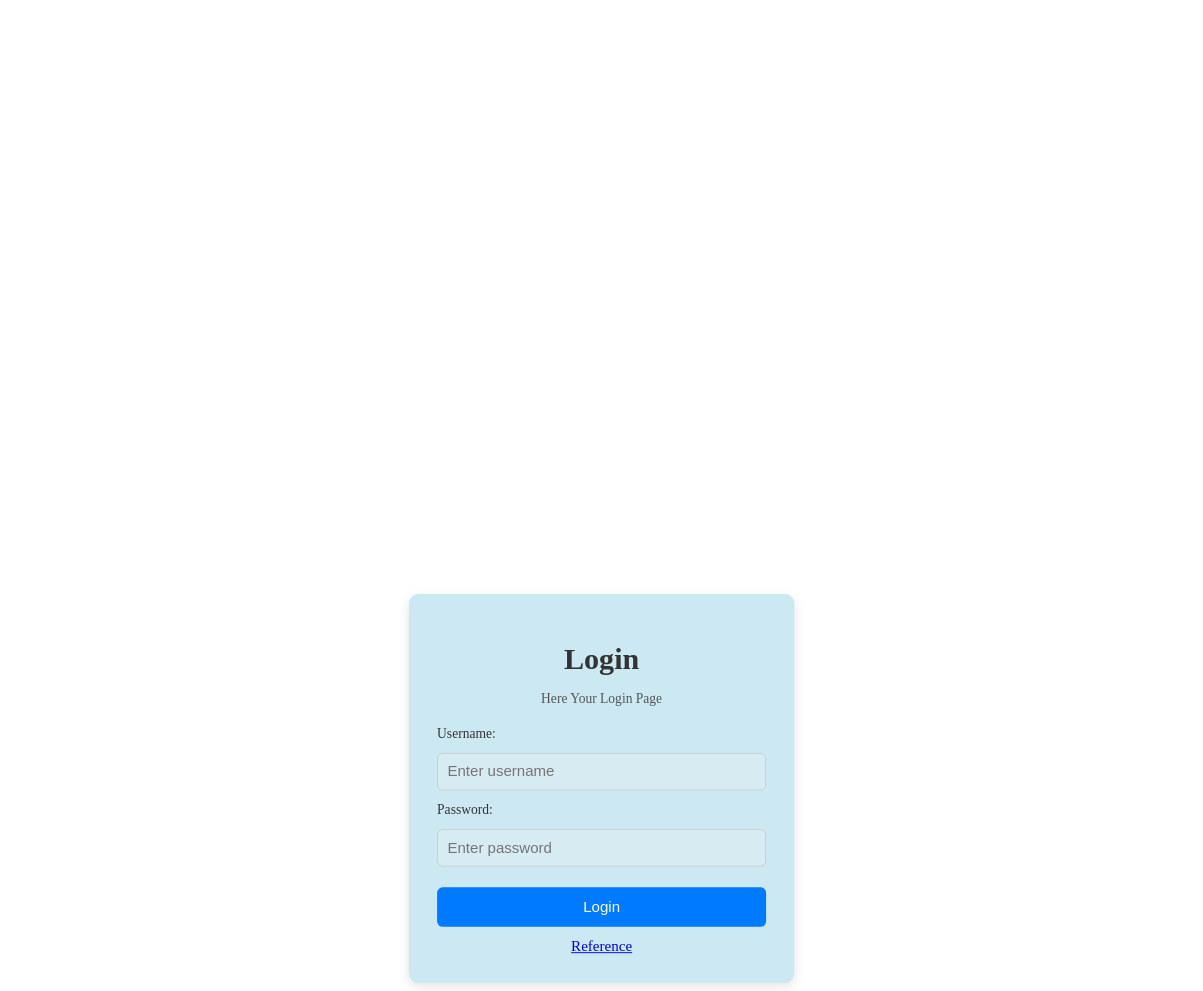
Repository: AdityaTech-Pro/FullStackWithBridgelabz
Page: login form/index.html
The author's editor kept a copy of each file at every save. The page is drawn from the files as they stood at one save, then again after a run of saves.
The browser window is 1280 px wide. The pictures show the whole page, at 94% of full size.

Above is the page before, as saved 2025-11-17 09:45:24.
Console error: ReferenceError: inputUsername is not defined

### login form/index.html
<!DOCTYPE html>
<html lang="en">

<head>
    <meta charset="UTF-8" />
    <meta name="viewport" content="width=device-width, initial-scale=1.0" />
    <title>Login Page</title>
    <link rel="stylesheet" href="./style.css" />
</head>

<body>
    <main class="login-container">
        <h1>Login</h1>
        <p>Here Your Login Page</p>


        <div class="login-box">
            <label>Username:</label>
            <input type="text" placeholder="Enter username" disabled>


            <label>Password:</label>
            <input type="password" placeholder="Enter password" disabled>


            <button accesskey="index.html">Login</button>
            <div id="referenceBox" class="hidden">
                <a href="#" class="ref-link">Reference</a>
            </div>
        </div>
    </main>


    <script src="script.js"></script>
</body>

</html>

### login form/style.css

   //LOGIN PAGE - STYLED WITH STANDARD MODERN COLORS

body {
  /* margin: 50%; */
  /* padding: 50%; */
  font-family: Arial, Helvetica, sans-serif;
  background: #181a1bff; /* Light grey's black background */
  /* display: flex;
  justify-content: center;
  align-items: center; */
  height: 100vh;
}

.login-container {
  background: #cce9f3ff; /* White card background */
  padding: 30px;
  border-radius: 10px;
  width: 350px;
  box-shadow: 0 4px 12px rgba(0, 0, 0, 0.1); /* Soft shadow */
  text-align: center;
    margin: auto;
    margin-top: 50%;


}

h1 {
  margin-bottom: 10px;
  color: #333333; /* Dark text */
}

p {
  color: #555555; /* Medium grey */
  font-size: 0.9rem;
  margin-bottom: 20px;
}

.login-box {
  display: flex;
  flex-direction: column;
  gap: 12px;
}

label {
  text-align: left;
  font-size: 0.9rem;
  color: #333333;
}

input {
  padding: 10px;
  border: 1px solid #cccccc;
  border-radius: 6px;
  font-size: 1rem;
}

button {
  padding: 12px;
  background: #007bff; /* Standard blue button */
  color: white;
  border: none;
  border-radius: 6px;
  cursor: not-allowed; /* Disabled on purpose */
  font-size: 1rem;
  margin-top: 10px;
}

### login form/script.js
// Sample stored credentials (for demo purposes)
//const storedUsername = "admin";
//const storedPassword = "12345";

// User-provided login values (in a real system, these would come from inputs)
//const inputUsername = "admin"; // modify to test
//const inputPassword = "12345"; // modify to test

console.log("================ LOGIN AUTHENTICATION ================");
console.log(`Entered Username: ${inputUsername}`);
console.log(`Entered Password: ${inputPassword}`);
console.log("-------------------------------------------------------");

// Authentication logic
if (inputUsername === storedUsername && inputPassword === storedPassword) {
    console.log("Login Successful ✔");
    console.log("Welcome to the system!");
} else {
    console.log("Login Failed ✘");
    console.log("Invalid username or password.");
}

console.log("=======================================================");

After the next 2 saves:
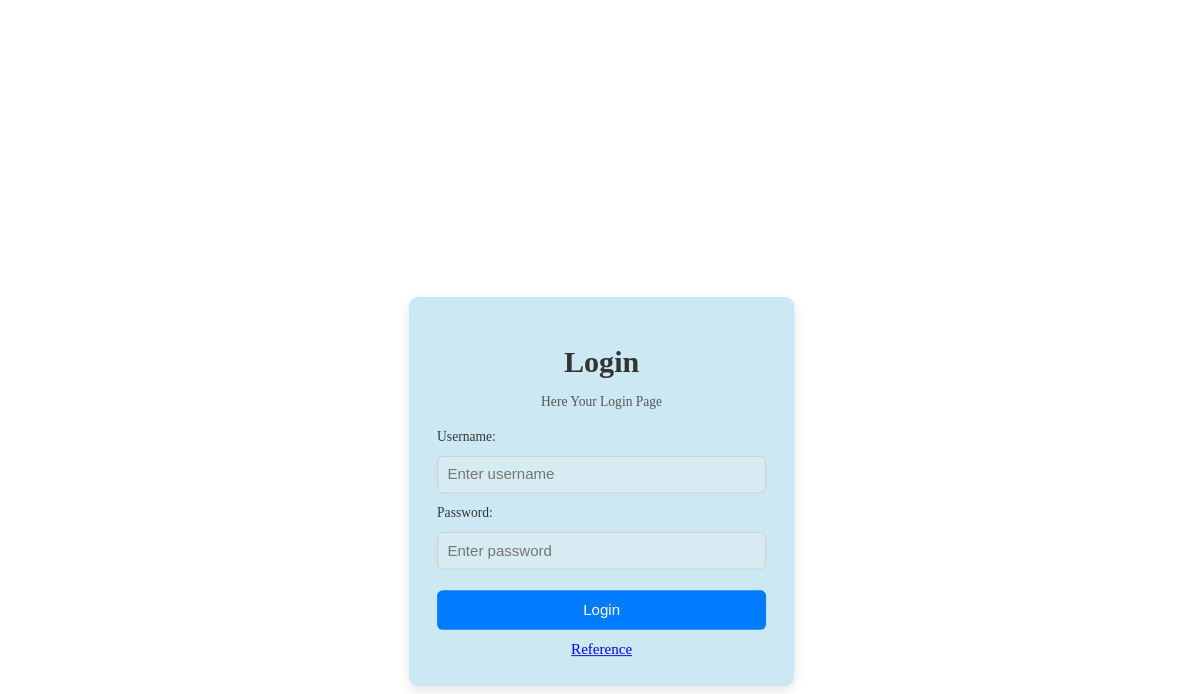
The 2 saves are shown as one change because they came seconds apart.
The last was saved 17 s later.
--- a/login form/style.css
+++ b/login form/style.css
@@ -20,7 +20,7 @@ body {
   box-shadow: 0 4px 12px rgba(0, 0, 0, 0.1); /* Soft shadow */
   text-align: center;
     margin: auto;
-    margin-top: 50%;
+    margin-top: 25%;
 
 
 }
